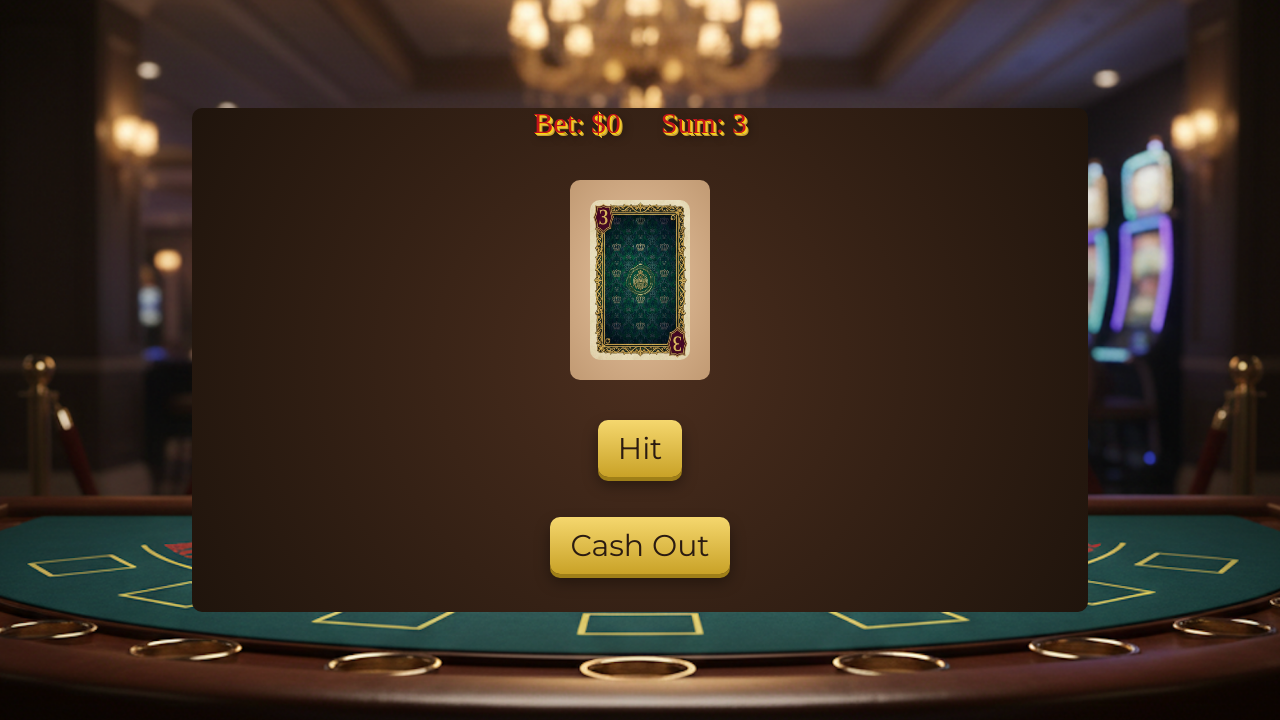
Repository: raghhavv03/javascript-practice
Page: task-5/game.html
An editor plug-in stored every save of this project. The page is shown before and after the next save, followed by the edit.
The browser window is 1280 px wide. The pictures show the whole page.
Some web fonts or font styles are not loaded; a fallback is used.

Above is the page before, as saved 2026-02-09 03:13:05.

After the next save:
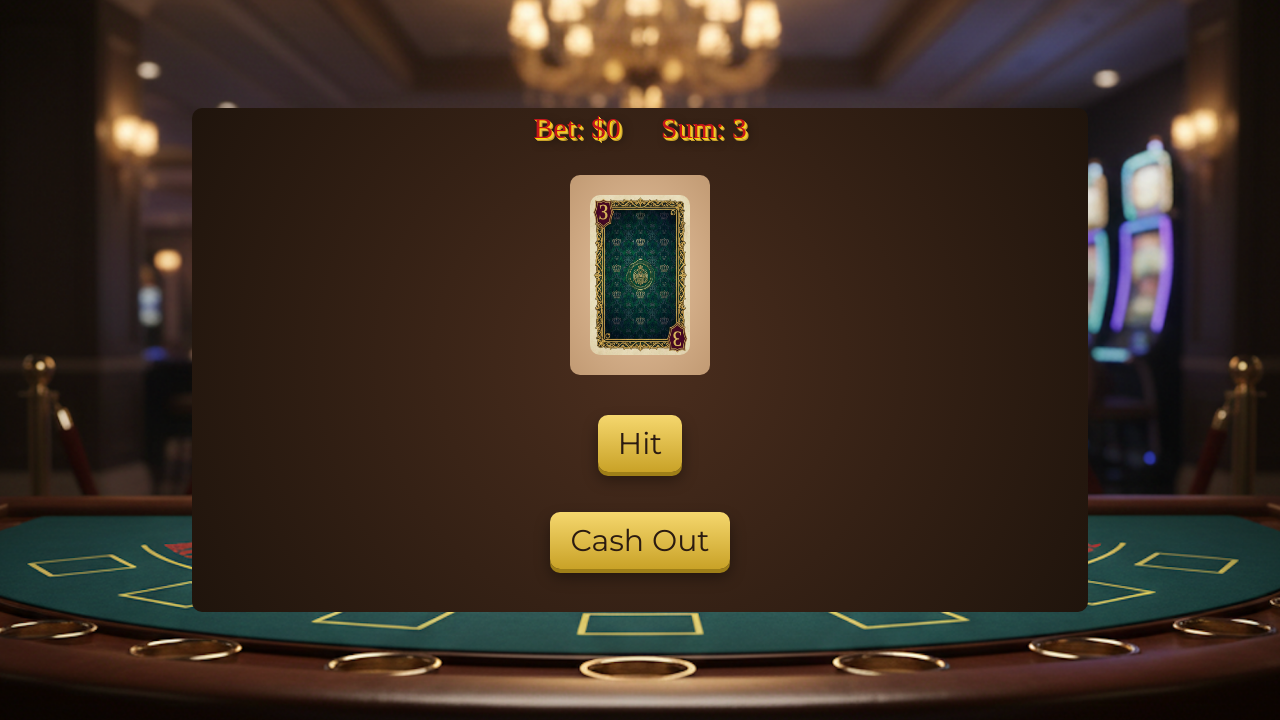
Saved 26 s later.
--- a/task-5/css/style.css
+++ b/task-5/css/style.css
@@ -154,7 +154,7 @@ body {
 #user-info {
     display: flex;
     gap: 40px;
-    margin-bottom: 40px;
+    margin-bottom: 30px;
     font-size: 30px;
     font-family: 'Unbounded', cursive;
     color: #c4161c;
